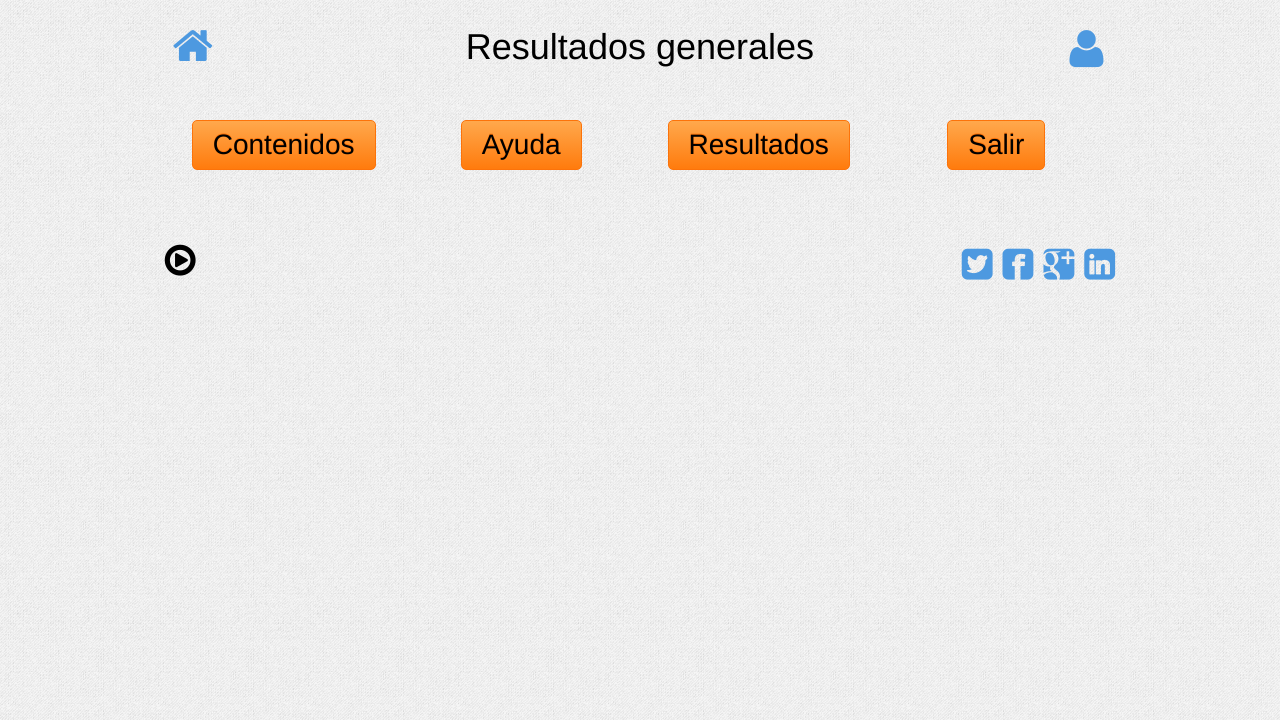
Repository: SCeruso/RememberMe
Page: resultados_generales.html
The author's editor kept a record of every edit. The page is drawn from the files as they stood at one moment, then again after the next edit.
The browser window is 1280 px wide. The pictures show the whole page.
Some web libraries are served in a nearby version.

Above is the page before.

After the next edit:
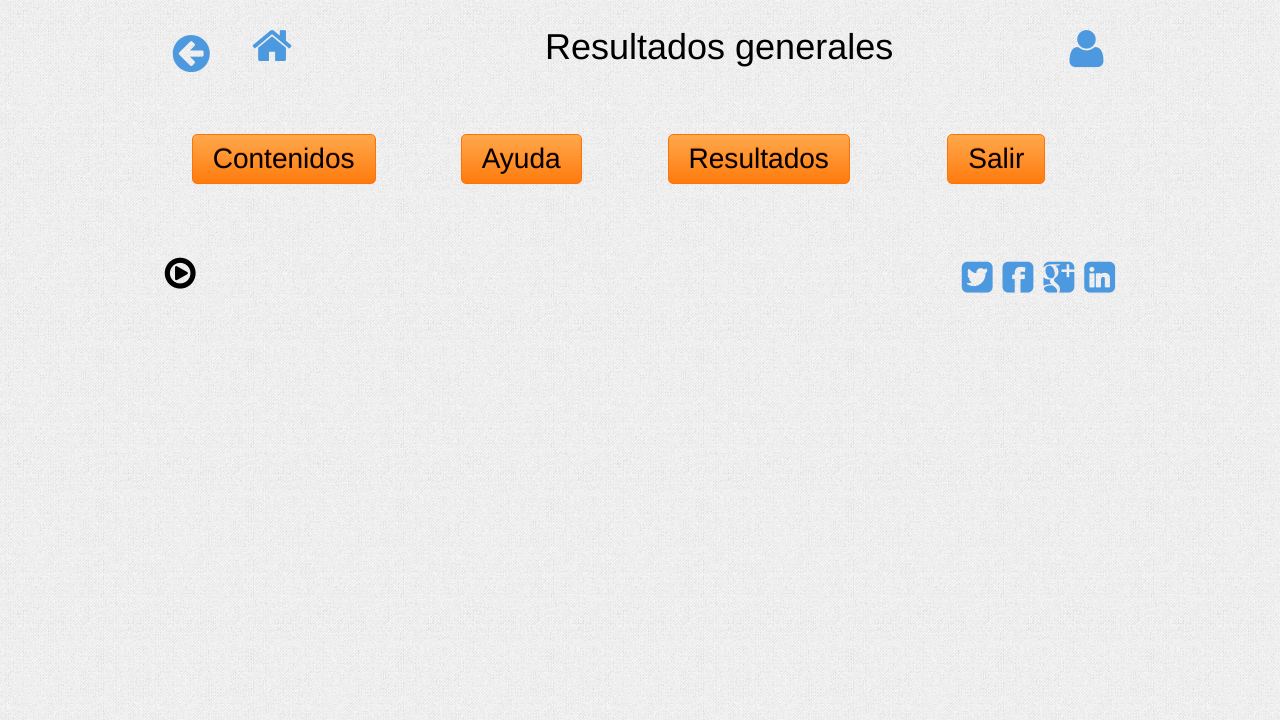
The edit:
--- a/resultados_generales.html
+++ b/resultados_generales.html
@@ -19,6 +19,13 @@
 <body>
 <div class="grid">
 	<div class="col_12">
+	    <div class="col_1">
+        <h2 class="left">
+               <a href="resultados.html">
+                  <i class="icon-circle-arrow-left"></i>
+                </a>
+        </h2>
+        </div>
         <div class="col_2">
         <h2 class="left">
                 <a href="juegosde.html">
